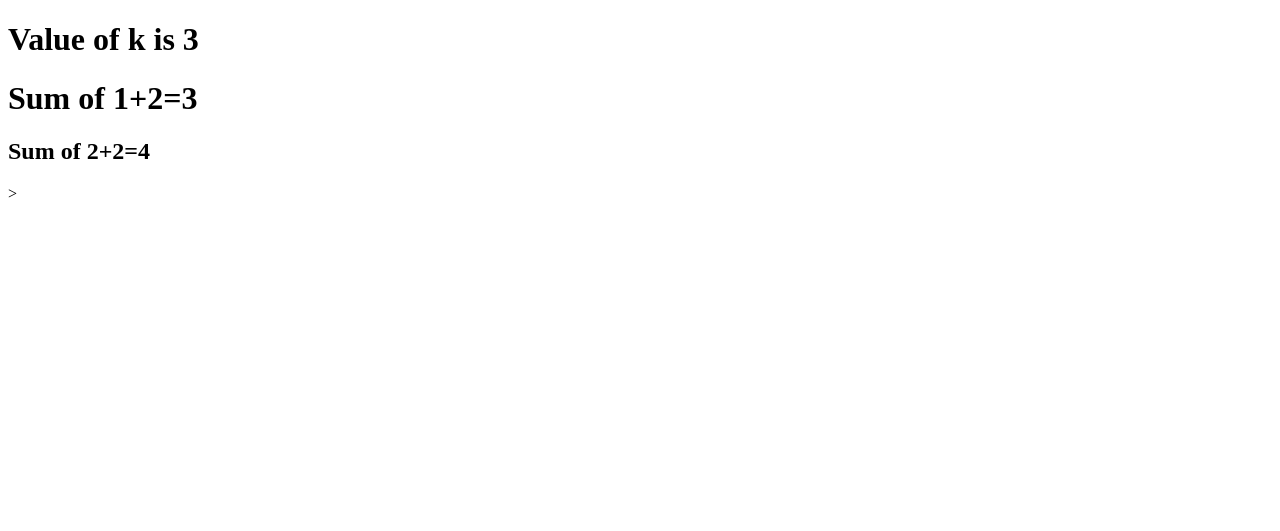
Repository: edwinisnow/jsp-servlets-demo
Page: http://localhost/SimpleServletProject/test.jsp
The author's editor kept a copy of each file at every save. The page is drawn from the files as they stood at one save, then again after the next save.
The browser window is 1280 px wide. The pictures show the whole page.
The page is served by Tomcat 9.

Above is the page before, as saved 2024-05-06 21:30:16.

### SimpleServletProject/src/main/webapp/test.jsp
<%@ page language="java" contentType="text/html; charset=UTF-8"
    pageEncoding="UTF-8"%>
<!DOCTYPE html>
<html>
<head>
<meta charset="UTF-8">
<title>Insert title here</title>
</head>
<body>
<%!
	public int add(int a, int b){
		return a + b;
	}
%>
<%

int i = 1;
int j = 2;
int k;

k = i + j;

%>
<h1>Value of k is <%=k%></h1>
<h1>Sum of 1+2=<%=add(1,2) %></h1>
<h2>Sum of 2+2=<%=add(2,2) %></h2>

<%
	for (i = 0; i < 5; i++ ){
%>

<% }%>>
</html>

After the next save:
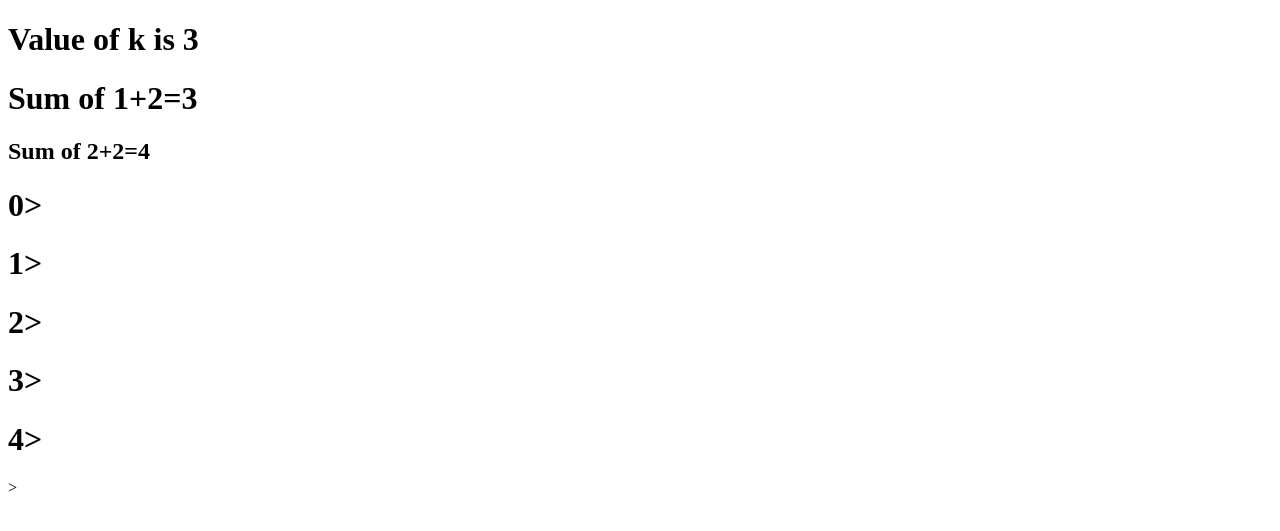
Saved 17 s later.
--- a/SimpleServletProject/src/main/webapp/test.jsp
+++ b/SimpleServletProject/src/main/webapp/test.jsp
@@ -28,6 +28,7 @@
 <%
 	for (i = 0; i < 5; i++ ){
 %>
+<h1><%=i %>></h1>
 
 <% }%>>
 </html>
